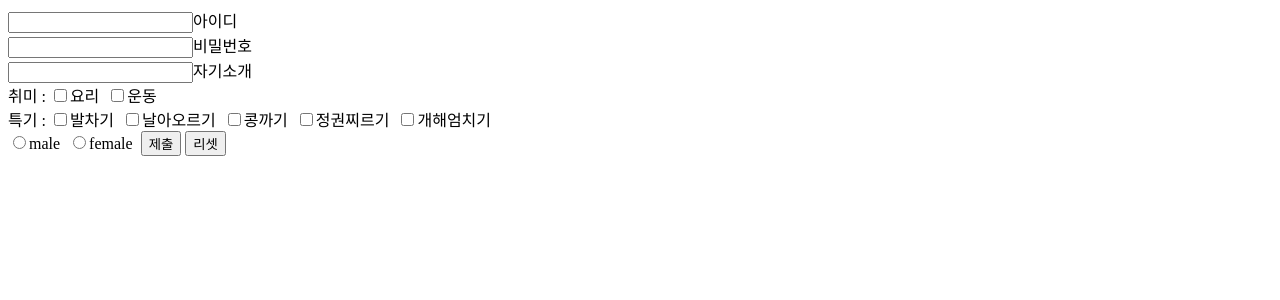
Repository: hanbeen03/javabasic
Page: http://localhost/JSPBasic/01-request/req_param_send.jsp
These files come from the project's save history. The page is drawn as it stood at one moment and after the next save; the edit follows.
The browser window is 1280 px wide. The pictures show the whole page.
The page is served by Tomcat 9.

Above is the page before, as saved 2021-07-30 06:00:18.

### JSPBasic/WebContent/01-request/req_param_send.jsp
<%@ page language="java" contentType="text/html; charset=UTF-8"
    pageEncoding="UTF-8"%>
<!DOCTYPE html>
<html>
<head>
<meta charset="UTF-8">
<title>객체에 파라미터 전달 예제</title>
</head>
<body>
	<!-- form 태그의 action은 데이터가 전달될 목적지입니다..
	현재, req_param_getpost로 날릴 예정입니다. -->
	<!-- 가장 기본이 되는 input태그 -->
	<form action="req_param_getpost.jsp" method="get">
		<input type="text" name="id"/>아이디<br>
		<input type="password" name="pw"/>비밀번호<br>
		<input type="text" name="intro" />자기소개<br>


		<!-- 체크박스 -->
		취미 :
		<input type="checkbox" name="hobby" value="요리">요리&nbsp;
		<input type="checkbox" name="hobby" value="운동">운동&nbsp;
		<br>
		특기 :
		<input type="checkbox" name="activity" value="발차기"/>발차기&nbsp;
		<input type="checkbox" name="activity" value="날아오르기"/>날아오르기&nbsp;
		<input type="checkbox" name="activity" value="콩까기"/>콩까기&nbsp;
		<input type="checkbox" name="activity" value="정권찌르기"/>정권찌르기&nbsp;
		<input type="checkbox" name="activity" value="개해엄치기"/>개해엄치기
		<br>
		<!-- 성별은 하나만 골라야 하므로 radio를 사용합니다. -->
		<input type="radio" name="gender" value="male" />male&nbsp;
		<input type="radio" name="gender" value="female" />female&nbsp;

		<input type="submit" value="제출"/>
		<input type="reset" value="리셋"/>


	</form>
</body>
</html>

After the next save:
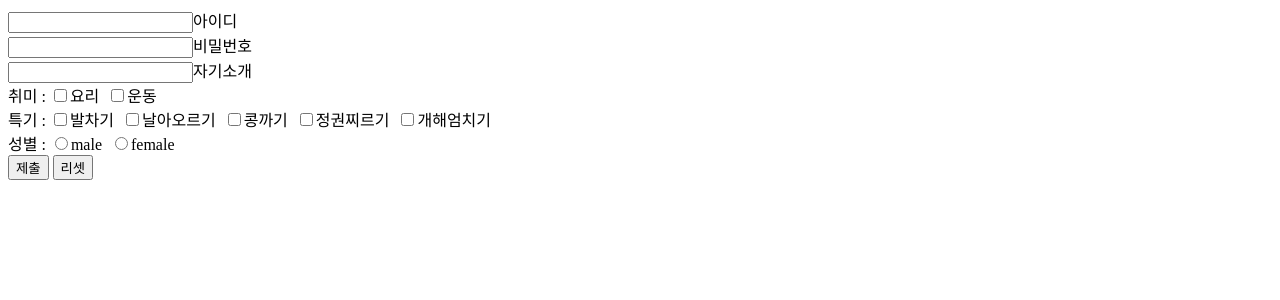
Saved 25 s later.
--- a/JSPBasic/WebContent/01-request/req_param_send.jsp
+++ b/JSPBasic/WebContent/01-request/req_param_send.jsp
@@ -29,8 +29,10 @@
 		<input type="checkbox" name="activity" value="개해엄치기"/>개해엄치기
 		<br>
 		<!-- 성별은 하나만 골라야 하므로 radio를 사용합니다. -->
+		성별 :
 		<input type="radio" name="gender" value="male" />male&nbsp;
 		<input type="radio" name="gender" value="female" />female&nbsp;
+		<br/>
 
 		<input type="submit" value="제출"/>
 		<input type="reset" value="리셋"/>
